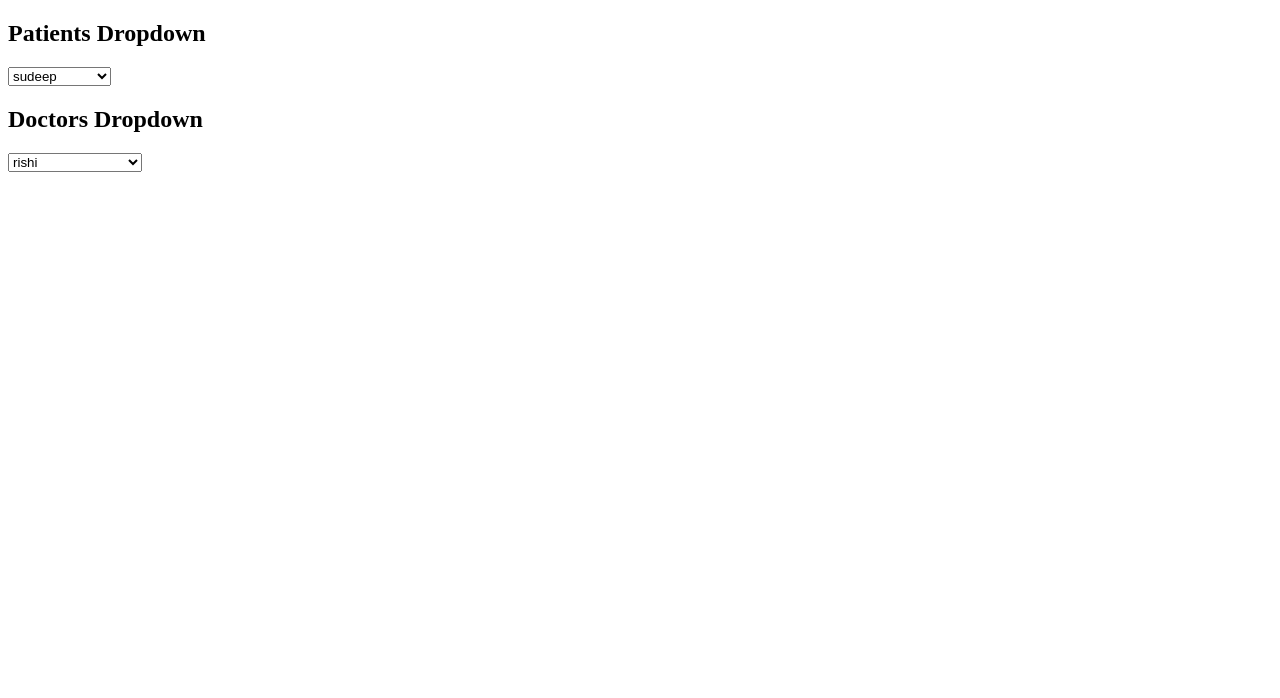
Repository: shreeshskatti/hospital_management_system
Page: http://localhost/appointments/book_appointment.php
The author's editor kept a copy of each file at every save. The page is drawn from the files as they stood at one save, then again after the next save.
The browser window is 1280 px wide. The pictures show the whole page.
Some web fonts or font styles are not loaded; a fallback is used. The page is run by PHP 8.4 with error messages shown; the project is at /var/www/html/. The database holds what the project's SQL file puts in it.

Above is the page before, as saved 2025-05-29 20:30:44.

### appointments/book_appointment.php
<?php
include '../includes/db.php';

$patients = $conn->query("SELECT patient_id, name FROM patients");
if (!$patients) {
    die("Error fetching patients: " . $conn->error);
}

$doctors = $conn->query("SELECT doctor_id, name FROM doctors");
if (!$doctors) {
    die("Error fetching doctors: " . $conn->error);
}
?>

<!DOCTYPE html>
<html>
<head>
    <title>Test Dropdowns</title>
</head>
<body>
<h2>Patients Dropdown</h2>
<select>
<?php while ($row = $patients->fetch_assoc()): ?>
    <option value="<?php echo $row['patient_id']; ?>"><?php echo $row['name']; ?></option>
<?php endwhile; ?>
</select>

<h2>Doctors Dropdown</h2>
<select>
<?php while ($row = $doctors->fetch_assoc()): ?>
    <option value="<?php echo $row['doctor_id']; ?>"><?php echo $row['name']; ?></option>
<?php endwhile; ?>
</select>
</body>
</html>

### includes/db.php
<?php
$host = 'localhost';
$user = 'root';
$pass = '';
$dbname = 'hospital_db';  // must match your DB name

$conn = new mysqli($host, $user, $pass, $dbname);

if ($conn->connect_error) {
    die("Connection failed: " . $conn->connect_error);
}
?>

### hospital_management_system.sql (the tables this page reads)
CREATE TABLE `doctors` (
  `doctor_id` int(11) NOT NULL,
  `name` varchar(100) NOT NULL,
  `specialization` varchar(100) DEFAULT NULL,
  `contact_info` varchar(100) DEFAULT NULL,
  `department_id` int(11) DEFAULT NULL
) ENGINE=InnoDB DEFAULT CHARSET=utf8mb4 COLLATE=utf8mb4_general_ci;

INSERT INTO `doctors` (`doctor_id`, `name`, `specialization`, `contact_info`, `department_id`) VALUES
(1, 'rishi', 'Neurology', '1251423142', NULL),
(2, 'Dr nitin agarwal', 'Pediatrics', '7976561514', NULL),
(3, 'Dr ppfilmcrafts', 'Cardiology', '7975204114', NULL),
(4, 'Dr prasanna pattar', 'Gynecology', '7975204114', NULL),
(5, 'Dr sandeep naik', 'Orthopedics', '9876514256', NULL);

ALTER TABLE `doctors`
  ADD PRIMARY KEY (`doctor_id`),
  ADD KEY `department_id` (`department_id`);

ALTER TABLE `doctors`
  MODIFY `doctor_id` int(11) NOT NULL AUTO_INCREMENT, AUTO_INCREMENT=6;

ALTER TABLE `doctors`
  ADD CONSTRAINT `doctors_ibfk_1` FOREIGN KEY (`department_id`) REFERENCES `departments` (`department_id`) ON DELETE SET NULL ON UPDATE CASCADE;

CREATE TABLE `patients` (
  `patient_id` int(11) NOT NULL,
  `name` varchar(100) NOT NULL,
  `email` varchar(100) DEFAULT NULL,
  `phone` varchar(20) DEFAULT NULL,
  `dob` date NOT NULL,
  `gender` varchar(10) NOT NULL,
  `address` varchar(255) DEFAULT NULL
) ENGINE=InnoDB DEFAULT CHARSET=utf8mb4 COLLATE=utf8mb4_general_ci;

INSERT INTO `patients` (`patient_id`, `name`, `email`, `phone`, `dob`, `gender`, `address`) VALUES
(1, 'sudeep', 'sud@123', '07975872616', '2025-05-12', 'Male', 'rudset abivruddhi nagar'),
(2, 'syt', 'shreeshkatti212@gmail.com', '07975872616', '2025-05-21', 'Male', 'rudset abivruddhi nagar'),
(5, 'Shreesh Katti', 'shreeshkatti212@gmail.com', '07975872616', '2025-05-30', 'Male', 'rudset abivruddhi nagar'),
(9, 'Shreesh Katti', 'rishi123@gmail.com', '07975872616', '2025-06-07', 'Male', 'rudset abivruddhi nagar');

ALTER TABLE `patients`
  ADD PRIMARY KEY (`patient_id`);

ALTER TABLE `patients`
  MODIFY `patient_id` int(11) NOT NULL AUTO_INCREMENT, AUTO_INCREMENT=10;

### css/style.css
@import url('https://fonts.googleapis.com/css2?family=Merriweather&family=Open+Sans&display=swap');

body {
  background-color: #F9F6F1;
  font-family: 'Open Sans', sans-serif;
  color: #2E2E2E;
  margin: 0;
  padding: 0;
}

h1, h2, h3 {
  font-family: 'Merriweather', serif;
  color: #1A1F71;
}

.container {
  max-width: 900px;
  margin: 40px auto;
  padding: 30px;
  background-color: white;
  box-shadow: 0 0 20px rgba(0,0,0,0.1);
  border-radius: 12px;
}

button {
  background-color: #1A1F71;
  color: #F9F6F1;
  border: none;
  padding: 12px 24px;
  font-size: 16px;
  border-radius: 6px;
  cursor: pointer;
}

button:hover {
  background-color: #C9B037;
  color: #1A1F71;
}

input, select {
  width: 100%;
  padding: 10px;
  margin-top: 8px;
  margin-bottom: 20px;
  border: 1.5px solid #D3D3D3;
  border-radius: 8px;
  font-size: 16px;
}

input:focus, select:focus {
  border-color: #C9B037;
  outline: none;
  box-shadow: 0 0 6px #C9B037;
}

table {
  width: 100%;
  border-collapse: collapse;
  margin-top: 20px;
}

th, td {
  padding: 12px;
  border: 1px solid #D3D3D3;
  text-align: left;
}

thead {
  background-color: #C9B037;
  color: white;
}

tbody tr:nth-child(even) {
  background-color: #F9F6F1;
}

After the next save:
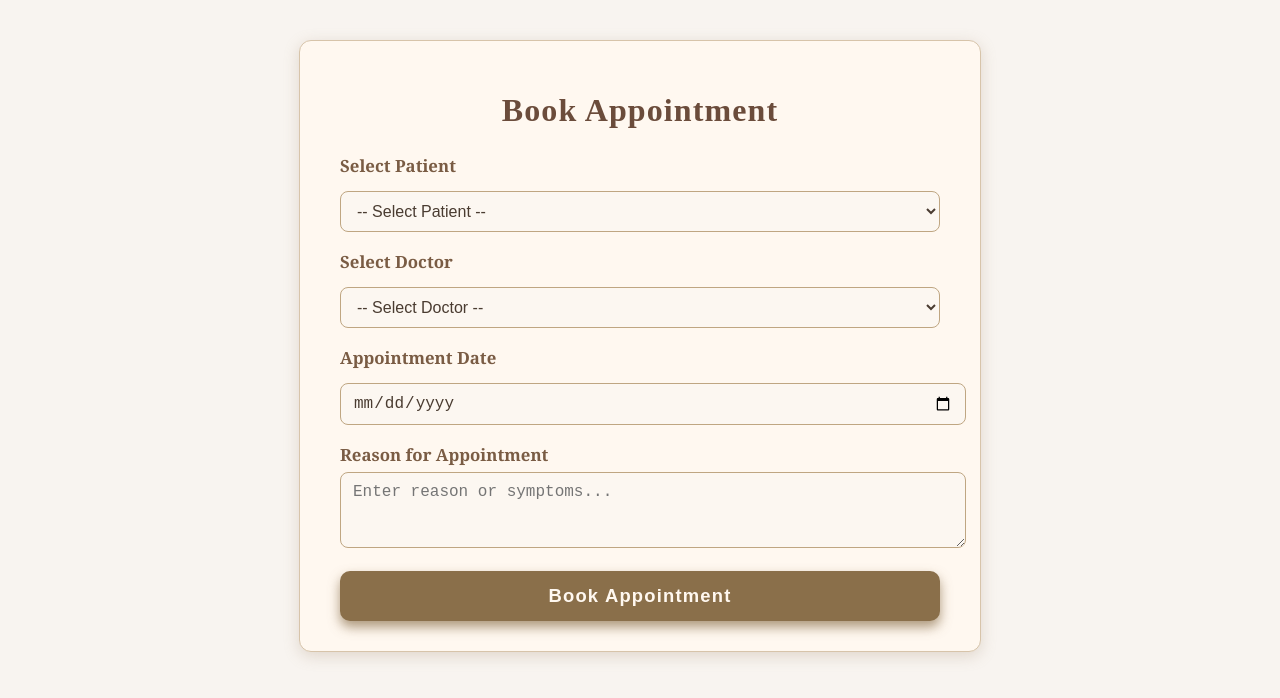
Saved 3 min 2 s later.
--- a/appointments/book_appointment.php
+++ b/appointments/book_appointment.php
@@ -1,11 +1,13 @@
 <?php
 include '../includes/db.php';
 
+// Fetch patients for dropdown
 $patients = $conn->query("SELECT patient_id, name FROM patients");
 if (!$patients) {
     die("Error fetching patients: " . $conn->error);
 }
 
+// Fetch doctors for dropdown
 $doctors = $conn->query("SELECT doctor_id, name FROM doctors");
 if (!$doctors) {
     die("Error fetching doctors: " . $conn->error);
@@ -13,23 +15,133 @@ if (!$doctors) {
 ?>
 
 <!DOCTYPE html>
-<html>
+<html lang="en">
 <head>
-    <title>Test Dropdowns</title>
+    <meta charset="UTF-8" />
+    <meta name="viewport" content="width=device-width, initial-scale=1" />
+    <title>Book Appointment</title>
+    <link rel="stylesheet" href="../css/style.css" />
+    <style>
+        /* Luxury classical theme overrides and form styling */
+        body {
+            background: #f8f4f0;
+            font-family: 'Georgia', serif;
+            color: #4a3c31;
+            padding: 40px 20px;
+        }
+        .container {
+            max-width: 600px;
+            margin: 0 auto;
+            background: #fff8f0;
+            border: 1px solid #d7c4aa;
+            box-shadow: 0 4px 15px rgba(169, 146, 120, 0.3);
+            border-radius: 12px;
+            padding: 30px 40px;
+        }
+        h1, h2 {
+            font-weight: 700;
+            color: #6b4c3b;
+            text-align: center;
+            margin-bottom: 25px;
+            letter-spacing: 1.1px;
+        }
+        label {
+            display: block;
+            margin-bottom: 6px;
+            font-weight: 600;
+            font-size: 1.05rem;
+            color: #7a5c44;
+        }
+        select, input[type="text"], input[type="date"], textarea {
+            width: 100%;
+            padding: 10px 12px;
+            margin-bottom: 18px;
+            border: 1.8px solid #bfa682;
+            border-radius: 8px;
+            font-size: 1rem;
+            color: #4a3c31;
+            background: #fcf7f1;
+            transition: border-color 0.3s ease;
+        }
+        select:focus, input[type="text"]:focus, input[type="date"]:focus, textarea:focus {
+            border-color: #a67850;
+            outline: none;
+        }
+        button {
+            background-color: #8a6f4a;
+            color: #fff8f0;
+            border: none;
+            padding: 14px 0;
+            font-size: 1.15rem;
+            width: 100%;
+            border-radius: 10px;
+            cursor: pointer;
+            font-weight: 700;
+            letter-spacing: 1.2px;
+            box-shadow: 0 6px 12px rgba(138, 111, 74, 0.7);
+            transition: background-color 0.3s ease;
+        }
+        button:hover {
+            background-color: #a48357;
+            box-shadow: 0 8px 14px rgba(164, 131, 87, 0.8);
+        }
+    </style>
 </head>
 <body>
-<h2>Patients Dropdown</h2>
-<select>
-<?php while ($row = $patients->fetch_assoc()): ?>
-    <option value="<?php echo $row['patient_id']; ?>"><?php echo $row['name']; ?></option>
-<?php endwhile; ?>
-</select>
+<div class="container">
+    <h1>Book Appointment</h1>
 
-<h2>Doctors Dropdown</h2>
-<select>
-<?php while ($row = $doctors->fetch_assoc()): ?>
-    <option value="<?php echo $row['doctor_id']; ?>"><?php echo $row['name']; ?></option>
-<?php endwhile; ?>
-</select>
+    <form action="book_appointment.php" method="POST">
+
+        <label for="patient_id">Select Patient</label>
+        <select id="patient_id" name="patient_id" required>
+            <option value="">-- Select Patient --</option>
+            <?php while ($row = $patients->fetch_assoc()): ?>
+                <option value="<?php echo htmlspecialchars($row['patient_id']); ?>">
+                    <?php echo htmlspecialchars($row['name']); ?>
+                </option>
+            <?php endwhile; ?>
+        </select>
+
+        <label for="doctor_id">Select Doctor</label>
+        <select id="doctor_id" name="doctor_id" required>
+            <option value="">-- Select Doctor --</option>
+            <?php while ($row = $doctors->fetch_assoc()): ?>
+                <option value="<?php echo htmlspecialchars($row['doctor_id']); ?>">
+                    <?php echo htmlspecialchars($row['name']); ?>
+                </option>
+            <?php endwhile; ?>
+        </select>
+
+        <label for="appointment_date">Appointment Date</label>
+        <input type="date" id="appointment_date" name="appointment_date" required min="<?php echo date('Y-m-d'); ?>" />
+
+        <label for="reason">Reason for Appointment</label>
+        <textarea id="reason" name="reason" rows="3" placeholder="Enter reason or symptoms..." required></textarea>
+
+        <button type="submit" name="submit">Book Appointment</button>
+    </form>
+</div>
+
+<?php
+// Process form submission
+if (isset($_POST['submit'])) {
+    $patient_id = $conn->real_escape_string($_POST['patient_id']);
+    $doctor_id = $conn->real_escape_string($_POST['doctor_id']);
+    $appointment_date = $conn->real_escape_string($_POST['appointment_date']);
+    $reason = $conn->real_escape_string($_POST['reason']);
+
+    $sql = "INSERT INTO appointments (patient_id, doctor_id, appointment_date, reason)
+            VALUES ('$patient_id', '$doctor_id', '$appointment_date', '$reason')";
+
+    if ($conn->query($sql) === TRUE) {
+        echo "<script>alert('Appointment booked successfully!'); window.location.href='view_appointments.php';</script>";
+        exit;
+    } else {
+        echo "<div style='color:#a94442; font-weight:700; margin-top:15px; text-align:center;'>Error: " . $conn->error . "</div>";
+    }
+}
+?>
+
 </body>
 </html>
